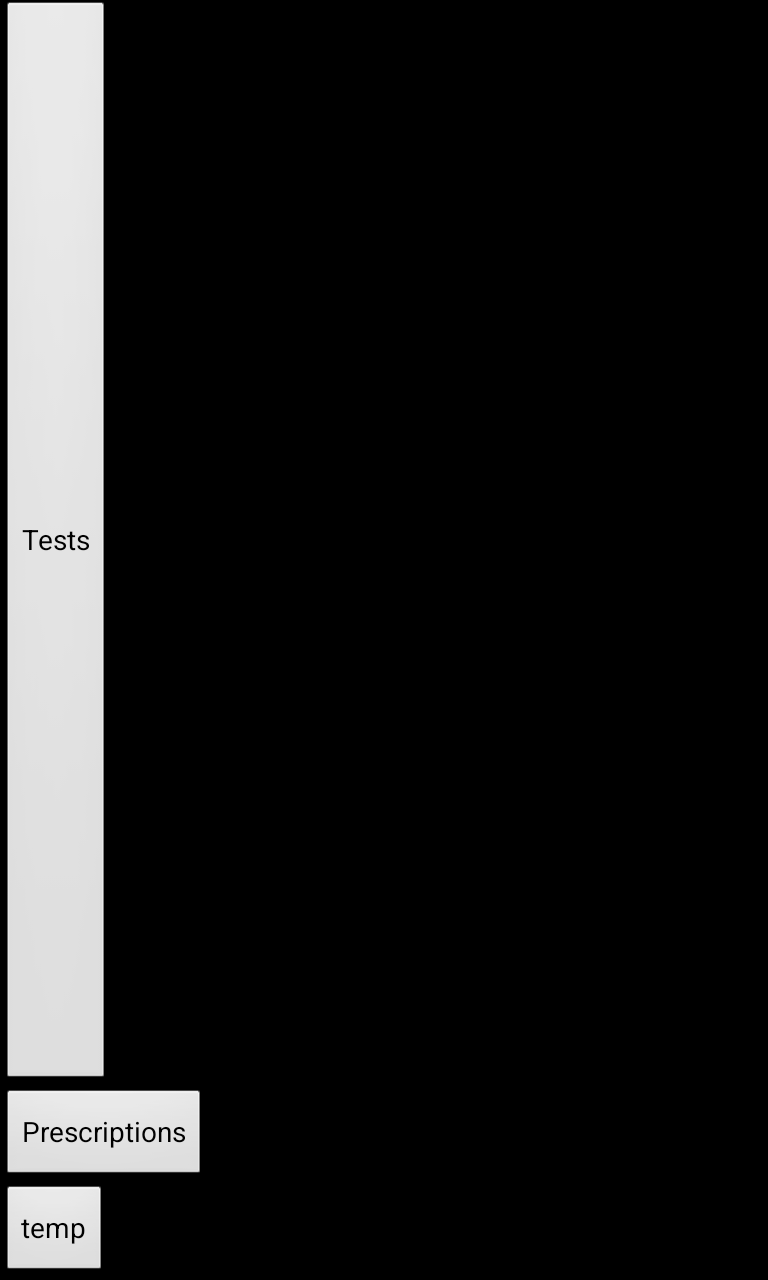
Repository: nuces-acm/DevFest-12-Team-9
Layout: data/Eclipse Workspace of android/Devfest/DCSClientApp/res/layout/main.xml
The author's editor kept a copy of each file at every save. The layout is drawn from the files as they stood at one save, then again after the next save.
It is drawn on a 768 x 1280 px phone screen (xhdpi) without system bars, with theme android:Theme; the app's code is not run.

Above is the layout before, as saved 2012-04-01 03:15:09.

After the next save:
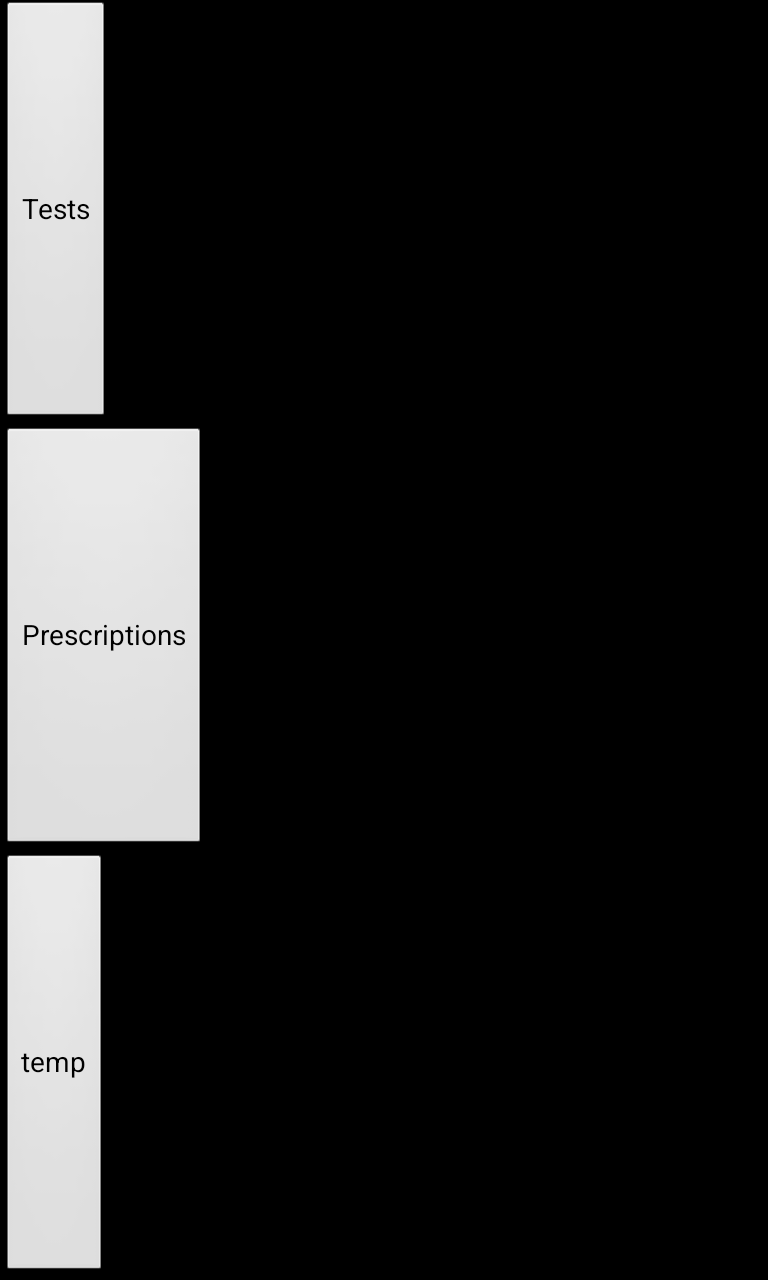
Saved 10 s later.
--- a/data/Eclipse Workspace of android/Devfest/DCSClientApp/res/layout/main.xml
+++ b/data/Eclipse Workspace of android/Devfest/DCSClientApp/res/layout/main.xml
@@ -17,13 +17,13 @@
         android:layout_width="wrap_content"
         android:layout_height="wrap_content"
         android:text="Prescriptions"
-        android:weight="1" />
+         android:layout_weight="1" />
 
     <Button
         android:id="@+id/button3"
         android:layout_width="wrap_content"
         android:layout_height="wrap_content"
         android:text="temp"
-        android:weight="1" />
+         android:layout_weight="1" />
 
 </LinearLayout>
